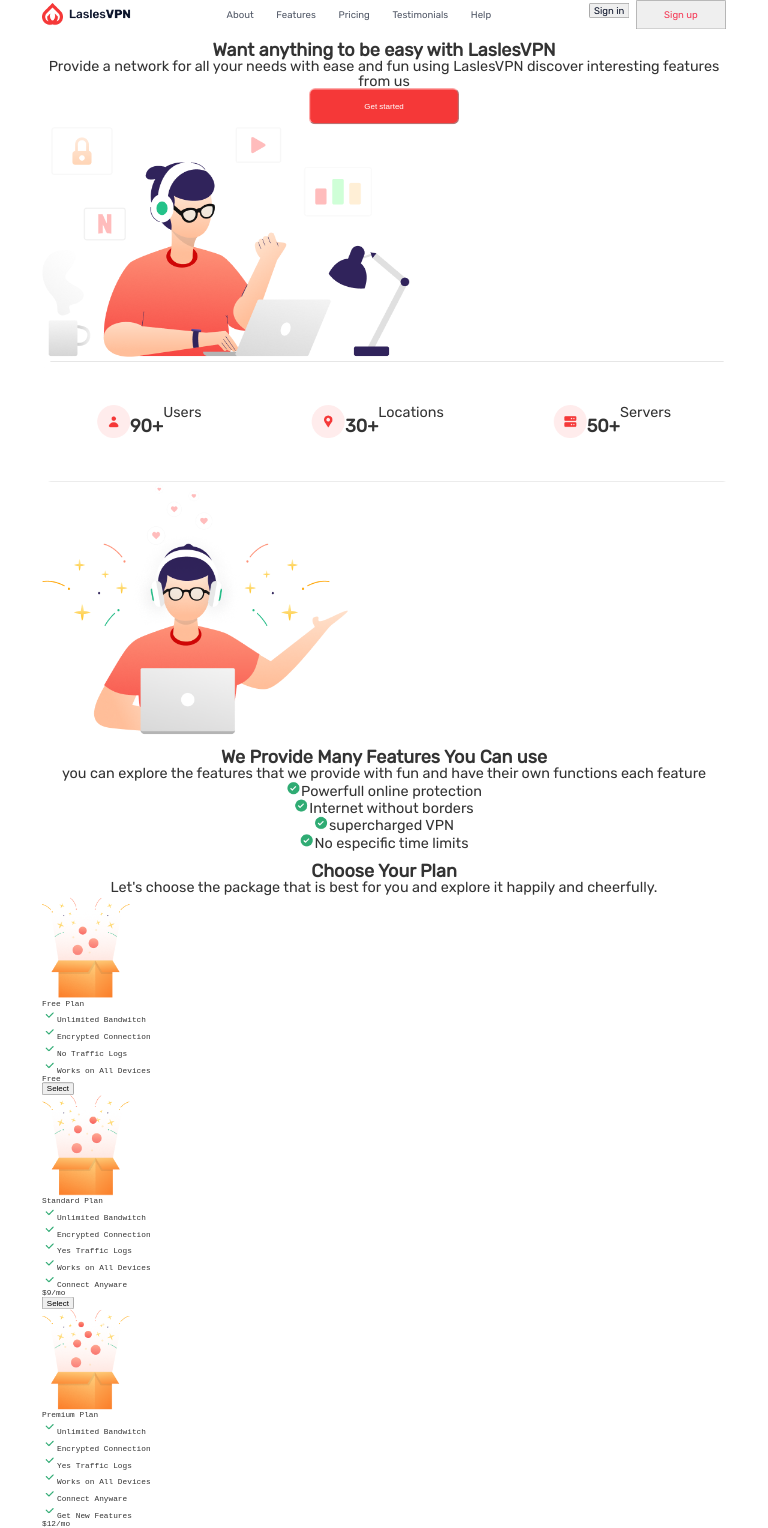
Repository: RaphaelMatheus-br/LP-251123
Page: index.html
These files come from the project's save history. The page is drawn as it stood at one moment and after the next save; the edit follows.
The browser window is 1280 px wide. The pictures show the whole page, at 60% of full size.

Above is the page before, as saved 2023-11-25 15:28:32.

After the next save:
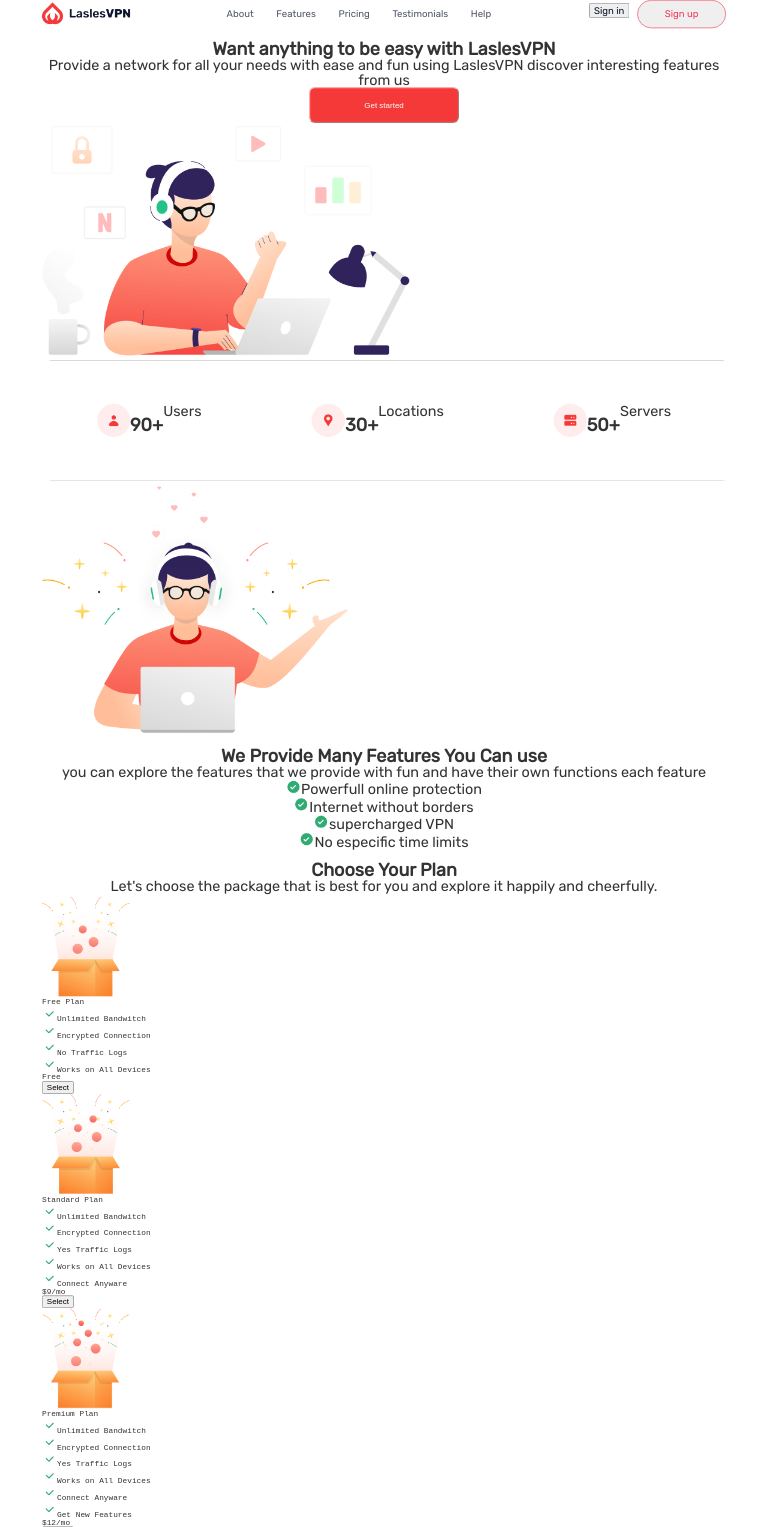
Saved 10 s later.
--- a/style.css
+++ b/style.css
@@ -106,6 +106,8 @@
     font-weight: 500;
     line-height: normal;
     padding: 13px 45px;
+    border-radius: 50px;
+    border: 1px solid #F53855;
 }
 
 .head__botao {
